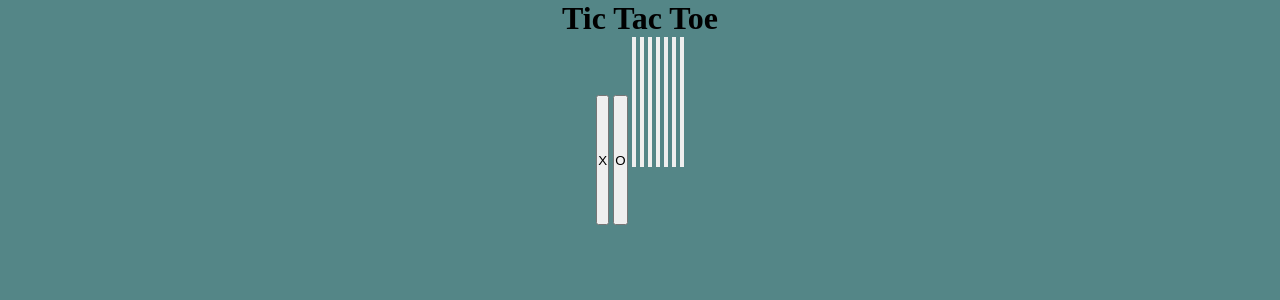
Repository: pankaj-shaw05/Tic-Tac-Toe
Page: index.html
The author's editor kept a copy of each file at every save. The page is drawn from the files as they stood at one save, then again after the next save.
The browser window is 1280 px wide. The pictures show the whole page.

Above is the page before, as saved 2026-04-07 08:10:01.

After the next save:
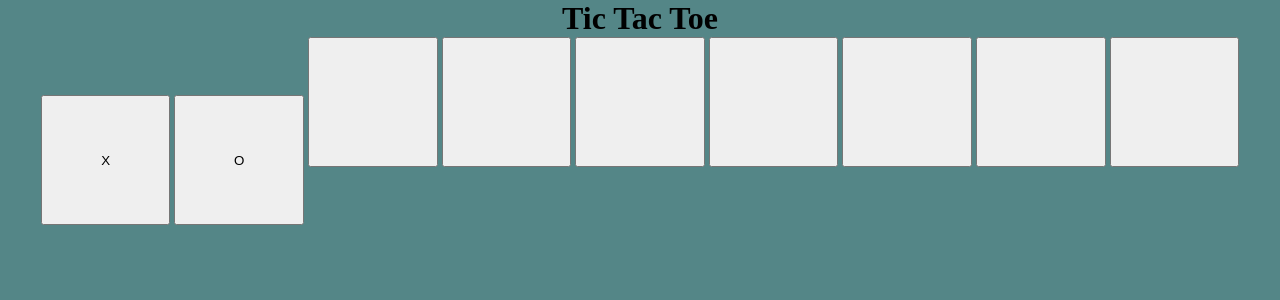
Saved 71 s later.
--- a/style.css
+++ b/style.css
@@ -19,4 +19,5 @@
 
 .box {
     height: 18vmin;
+    width: 18vmin;
 }
